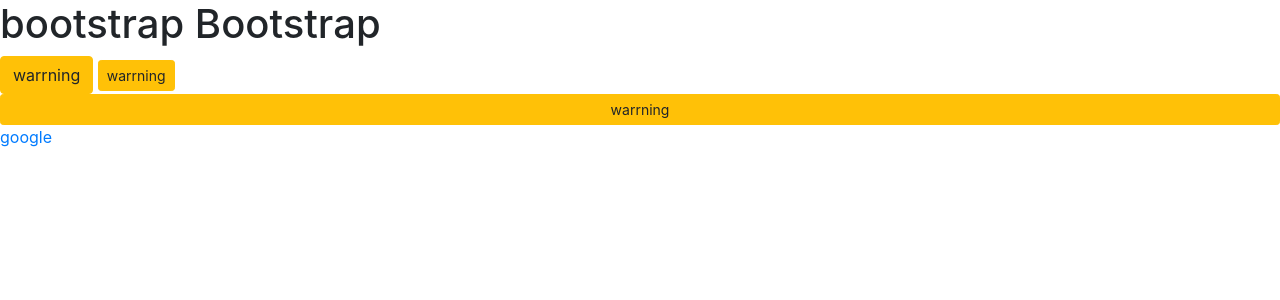
Repository: Mietlicha/exercise2
Page: index.html
These files come from the project's save history. The page is drawn as it stood at one moment and after the next save; the edit follows.
The browser window is 1280 px wide. The pictures show the whole page.

Above is the page before, as saved 2019-10-22 16:51:22.

After the next save:
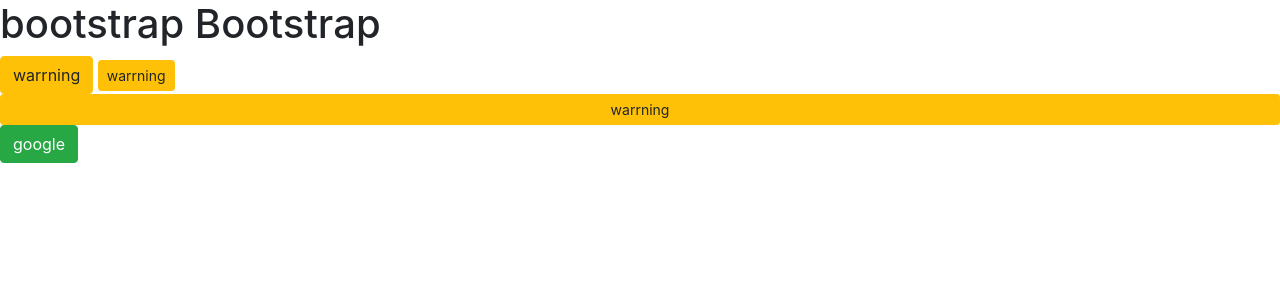
Saved 36 s later.
--- a/index.html
+++ b/index.html
@@ -13,6 +13,6 @@
     <button class="btn btn-warning">warrning</button>
     <button class="btn btn-warning btn-sm">warrning</button>
     <button class="btn btn-warning btn-sm btn-block">warrning</button>
-    <a href="http://www.google.pl" target="_blank">google</a>
+    <a href="http://www.google.pl" target="_blank" class="btn btn-success">google</a>
 </body>
 </html>
